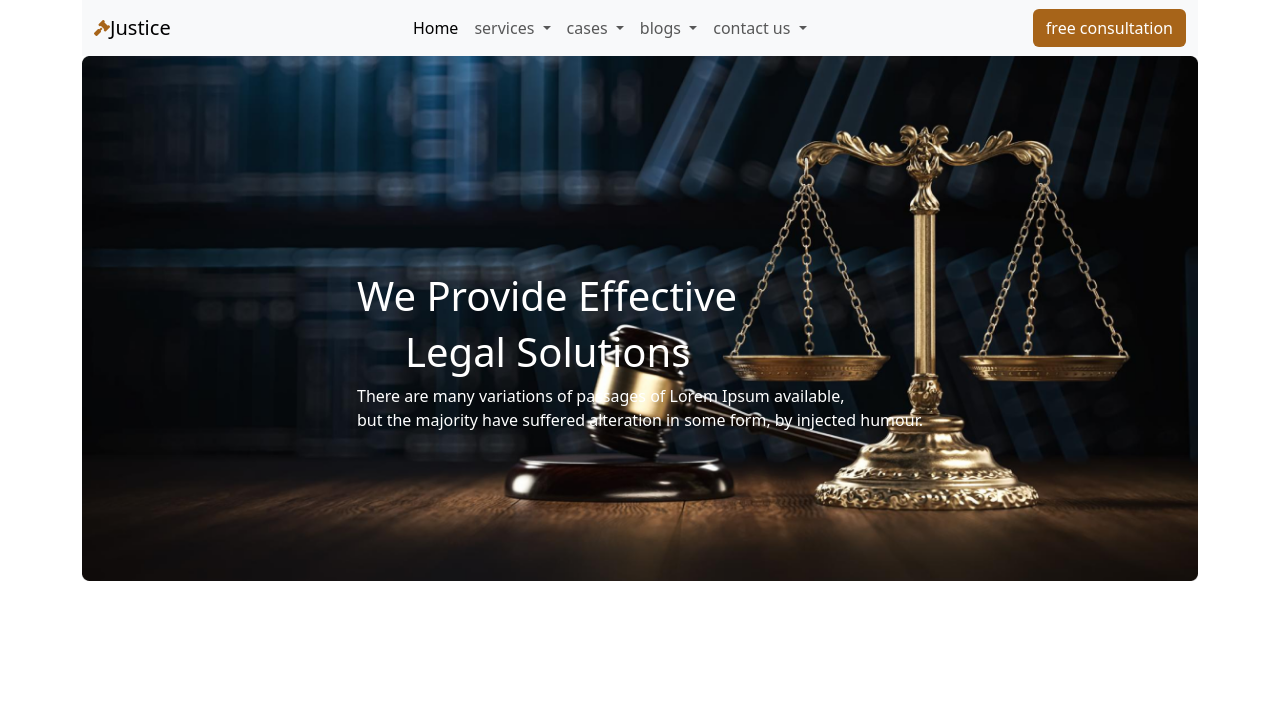
Repository: sadiaafsana138/justice
Page: index.html
These files come from the project's save history. The page is drawn as it stood at one moment and after the next save; the edit follows.
The browser window is 1280 px wide. The pictures show the whole page.
Some web libraries are served in a nearby version.

Above is the page before, as saved 2023-01-25 18:24:58.

### index.html
<!DOCTYPE html>
<html lang="en">

<head>
    <meta charset="UTF-8">
    <meta http-equiv="X-UA-Compatible" content="IE=edge">
    <meta name="viewport" content="width=device-width, initial-scale=1.0">
    <title>
        Justice
    </title>
    <link href="https://cdn.jsdelivr.net/npm/bootstrap@5.3.0-alpha1/dist/css/bootstrap.min.css" rel="stylesheet"
        integrity="sha384-GLhlTQ8iRABdZLl6O3oVMWSktQOp6b7In1Zl3/Jr59b6EGGoI1aFkw7cmDA6j6gD" crossorigin="anonymous">
    <script src="https://kit.fontawesome.com/9557e238b6.js" crossorigin="anonymous"></script>
    <link rel="stylesheet" href="css/Styles.css">
</head>

<body>

    <header class="container-lg">
        <nav class="navbar navbar-expand-lg bg-body-tertiary">
            <div class="container-fluid d-flex">
                <!--JUSTICE ICON-->
                <i class="fa-solid fa-gavel primary-color"></i>
                <!--NAVBAR HEADING-->
                <a class="navbar-brand" href="#">Justice</a>
                <button class="navbar-toggler" type="button" data-bs-toggle="collapse"
                    data-bs-target="#navbarSupportedContent" aria-controls="navbarSupportedContent"
                    aria-expanded="false" aria-label="Toggle navigation">
                    <span class="navbar-toggler-icon"></span>
                </button>
                <!--NAVBAR ITEMS-->
                <div class="collapse navbar-collapse d-flex justify-content-center" id="navbarSupportedContent">
                    <ul class="navbar-nav mb-2 mb-lg-0 nav justify-content-center">
                        <li class="nav-item">
                            <a class="nav-link active" aria-current="page" href="#">Home</a>
                        </li>
                        <li class="nav-item dropdown">
                            <a class="nav-link dropdown-toggle" href="#" role="button" data-bs-toggle="dropdown"
                                aria-expanded="false">
                                services
                            </a>
                            <ul class="dropdown-menu">
                                <li><a class="dropdown-item" href="#">ITEMS</a></li>
                            </ul>
                        </li>
                        <li class="nav-item dropdown">
                            <a class="nav-link dropdown-toggle" href="#" role="button" data-bs-toggle="dropdown"
                                aria-expanded="false">
                                cases
                            </a>
                            <ul class="dropdown-menu">
                                <li><a class="dropdown-item" href="#">ITEMS</a></li>
                            </ul>
                        </li>
                        <li class="nav-item dropdown">
                            <a class="nav-link dropdown-toggle" href="#" role="button" data-bs-toggle="dropdown"
                                aria-expanded="false">
                                blogs
                            </a>
                            <ul class="dropdown-menu">
                                <li><a class="dropdown-item" href="#">ITEMS</a></li>
                            </ul>
                        </li>
                        <li class="nav-item dropdown">
                            <a class="nav-link dropdown-toggle" href="#" role="button" data-bs-toggle="dropdown"
                                aria-expanded="false">
                                contact us
                            </a>
                            <ul class="dropdown-menu">
                                <li><a class="dropdown-item" href="#">ITEMS</a></li>
                            </ul>
                        </li>



                </div>
                  <!--navbar button-->
                <div>
                    <button class="btn Btn-primary-color text-primary-color1 navbar-btn collapse navbar-collapse" data-bs-toggle="modal"
                            data-bs-target="#myModal" type="submit">free consultation</button>
                        <!-- Modal -->
                        <div class="modal" id="myModal">
                            <div class="modal-dialog">
                                <div class="modal-content">

                                    <!-- Modal Header -->
                                    <div class="modal-header">
                                        <h4 class="modal-title">Contact us</h4>
                                        <button type="button" class="btn-close" data-bs-dismiss="modal"></button>
                                    </div>

                                    <!-- Modal body -->
                                    <div class="modal-body">
                                        abcd@gmail.com
                                    </div>

                                    <!-- Modal footer -->
                                    <div class="modal-footer">
                                        <button type="button" class="btn btn-danger"
                                            data-bs-dismiss="modal">Done</button>
                                    </div>

                </div>

            </div>

        </nav>
    </header>
    <main class="container-lg">
        <section>
            <div>

                <div class="banner-text text-primary-color1">
                    <h1>We Provide Effective </h1>
                    <H1 class="ps-5">Legal Solutions</H1>
                    <p class="align-items-center">There are many variations of passages of Lorem Ipsum available,<br>but
                        the majority have suffered alteration in some form, by injected humour.</p>
                </div>



                <img class="img-fluid" src="images/banner.png" alt="">
            </div>

        </section>

    </main>
    <footer>

    </footer>

    <script src="https://cdn.jsdelivr.net/npm/bootstrap@5.3.0-alpha1/dist/js/bootstrap.bundle.min.js"
        integrity="sha384-w76AqPfDkMBDXo30jS1Sgez6pr3x5MlQ1ZAGC+nuZB+EYdgRZgiwxhTBTkF7CXvN"
        crossorigin="anonymous"></script>

</body>

</html>

### css/Styles.css
.primary-color{
    color: rgb(167, 100, 25);
}
.Btn-primary-color{
    background : rgb(167, 100, 25);;
}
.text-primary-color1{
    color: white;
}
.navbar-btn{
    margin-left: 00px;
}
.banner-text{

        position:absolute;
        top: 50%;
        left: 50%;
        transform: translate(-50%, -50%);

}

After the next save:
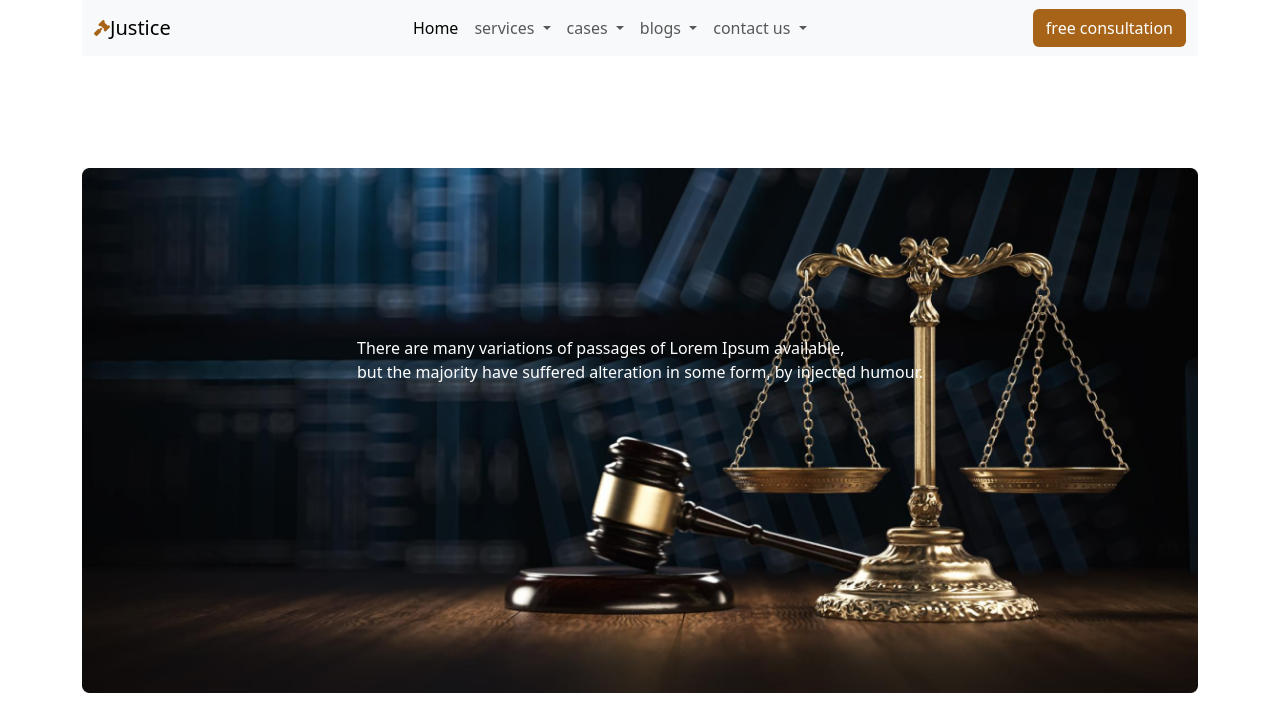
Saved 4 min 3 s later.
--- a/index.html
+++ b/index.html
@@ -74,35 +74,34 @@
 
 
                 </div>
-                  <!--navbar button-->
+                <!--navbar button-->
                 <div>
-                    <button class="btn Btn-primary-color text-primary-color1 navbar-btn collapse navbar-collapse" data-bs-toggle="modal"
-                            data-bs-target="#myModal" type="submit">free consultation</button>
-                        <!-- Modal -->
-                        <div class="modal" id="myModal">
-                            <div class="modal-dialog">
-                                <div class="modal-content">
+                    <button class="btn Btn-primary-color text-primary-color1 navbar-btn collapse navbar-collapse"
+                        data-bs-toggle="modal" data-bs-target="#myModal" type="submit">free consultation</button>
+                    <!-- Modal -->
+                    <div class="modal" id="myModal">
+                        <div class="modal-dialog">
+                            <div class="modal-content">
 
-                                    <!-- Modal Header -->
-                                    <div class="modal-header">
-                                        <h4 class="modal-title">Contact us</h4>
-                                        <button type="button" class="btn-close" data-bs-dismiss="modal"></button>
-                                    </div>
+                                <!-- Modal Header -->
+                                <div class="modal-header">
+                                    <h4 class="modal-title">Contact us</h4>
+                                    <button type="button" class="btn-close" data-bs-dismiss="modal"></button>
+                                </div>
 
-                                    <!-- Modal body -->
-                                    <div class="modal-body">
-                                        abcd@gmail.com
-                                    </div>
+                                <!-- Modal body -->
+                                <div class="modal-body">
+                                    abcd@gmail.com
+                                </div>
 
-                                    <!-- Modal footer -->
-                                    <div class="modal-footer">
-                                        <button type="button" class="btn btn-danger"
-                                            data-bs-dismiss="modal">Done</button>
-                                    </div>
+                                <!-- Modal footer -->
+                                <div class="modal-footer">
+                                    <button type="button" class="btn btn-danger" data-bs-dismiss="modal">Done</button>
+                                </div>
 
-                </div>
+                            </div>
 
-            </div>
+                        </div>
 
         </nav>
     </header>
@@ -110,14 +109,12 @@
         <section>
             <div>
 
-                <div class="banner-text text-primary-color1">
+                <div class=" text-primary-color1">
                     <h1>We Provide Effective </h1>
                     <H1 class="ps-5">Legal Solutions</H1>
-                    <p class="align-items-center">There are many variations of passages of Lorem Ipsum available,<br>but
+                    <p class="align-items-center banner-text">There are many variations of passages of Lorem Ipsum available,<br>but
                         the majority have suffered alteration in some form, by injected humour.</p>
                 </div>
-
-
 
                 <img class="img-fluid" src="images/banner.png" alt="">
             </div>
